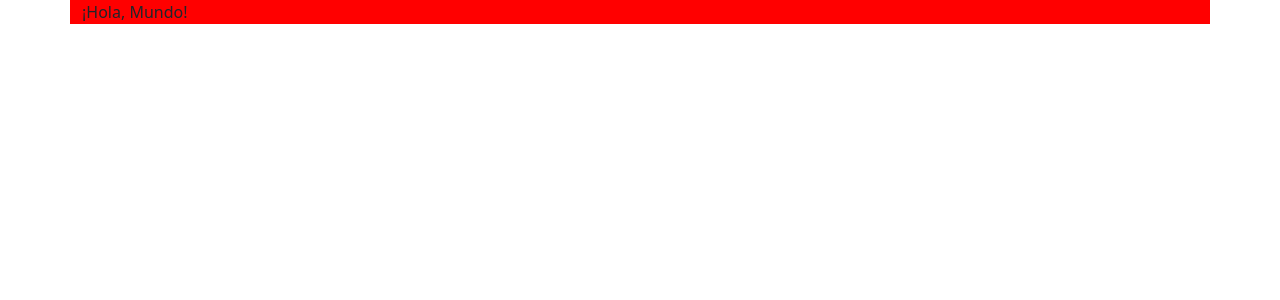
Repository: alexvl06/alexvl06.github.io
Page: index.html
An editor plug-in stored every save of this project. The page is shown before and after the next save, followed by the edit.
The browser window is 1280 px wide. The pictures show the whole page.

Above is the page before, as saved 2022-07-11 07:57:51.

### index.html
<!DOCTYPE html>
<html lang="en">
  <head>
    <meta charset="utf-8" />
    <meta name="viewport" content="width=device-width, initial-scale=1" />
    <title>Bootstrap demo</title>
    <link
      href="https://cdn.jsdelivr.net/npm/bootstrap@5.2.0-beta1/dist/css/bootstrap.min.css"
      rel="stylesheet"
      integrity="sha384-0evHe/X+R7YkIZDRvuzKMRqM+OrBnVFBL6DOitfPri4tjfHxaWutUpFmBp4vmVor"
      crossorigin="anonymous"
    />
  </head>
  <body>
    <div class="container" style="background: red ;">
      ¡Hola, Mundo!
    </div>
    <script
      src="https://cdn.jsdelivr.net/npm/bootstrap@5.2.0-beta1/dist/js/bootstrap.bundle.min.js"
      integrity="sha384-pprn3073KE6tl6bjs2QrFaJGz5/SUsLqktiwsUTF55Jfv3qYSDhgCecCxMW52nD2"
      crossorigin="anonymous"
    ></script>
  </body>
</html>

After the next save:
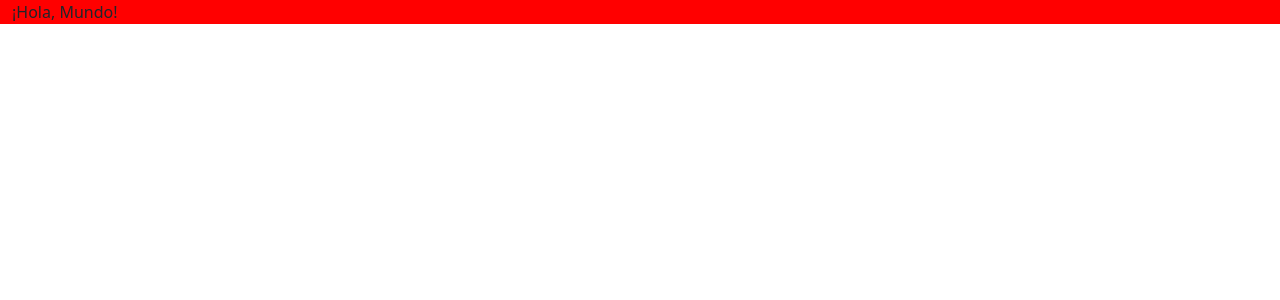
Saved 21 s later.
--- a/index.html
+++ b/index.html
@@ -12,7 +12,7 @@
     />
   </head>
   <body>
-    <div class="container" style="background: red ;">
+    <div class="container-fluid" style="background: red ;">
       ¡Hola, Mundo!
     </div>
     <script

After the save that followed:
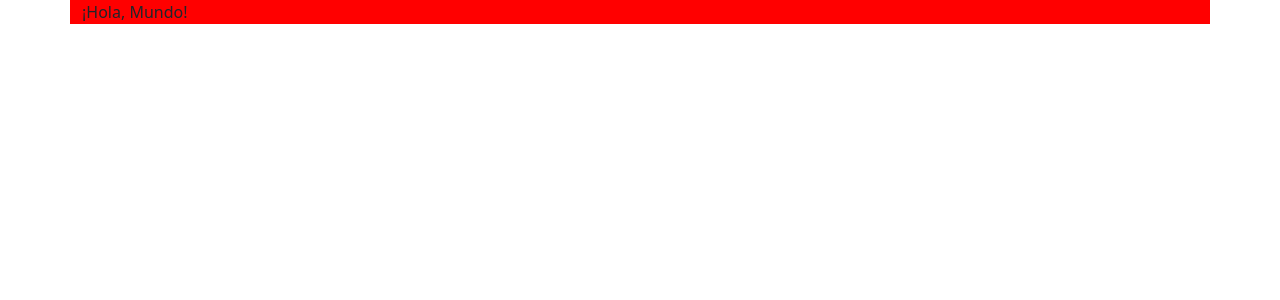
Saved 15 s later.
--- a/index.html
+++ b/index.html
@@ -12,7 +12,7 @@
     />
   </head>
   <body>
-    <div class="container-fluid" style="background: red ;">
+    <div class="container" style="background: red ;">
       ¡Hola, Mundo!
     </div>
     <script
